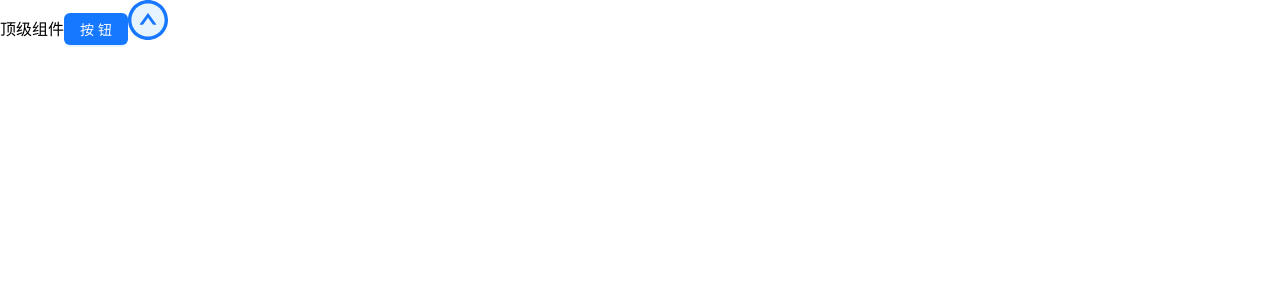
Repository: xzm1997/admin-management
Page: /
The author's editor kept a copy of each file at every save. The page is drawn from the files as they stood at one save, then again after a run of saves.
The browser window is 1280 px wide. The pictures show the whole page.
The project was rebuilt for these pictures with package versions that can differ from the ones it lists, and the page was loaded fresh each time. Also part of the build but not shown: vite.config.ts.

Above is the page before, as saved 2023-03-28 19:10:06.

### src/main.tsx
import React from 'react'
import ReactDOM from 'react-dom/client'
import "reset-css"    // 置于APP前，防止样式覆盖
import "@/assets/styles/global.scss"
import App from './App'

ReactDOM.createRoot(document.getElementById('root') as HTMLElement).render(
  <React.StrictMode>
    <App />
  </React.StrictMode>,
)

### src/assets/styles/global.scss
$color:#fff;
body {
  background-color: $color;
  // 禁用文字选中
  user-select: none;
}
img {
  -webkit-user-drag: none;
}

### src/App.tsx
import { useState } from 'react'
import Comp1 from './components/Comp1'
import { Button } from 'antd';
import { UpCircleTwoTone } from "@ant-design/icons"

function App() {
  const [count, setCount] = useState(0)

  return (
    <div className="App">
      顶级组件
      <Button type="primary">按钮</Button>
      <UpCircleTwoTone style={{ fontSize:'40px'}}/>
    </div>
  )
}

export default App

Loaded but not shown: index.html (common file)

After the next 2 saves:
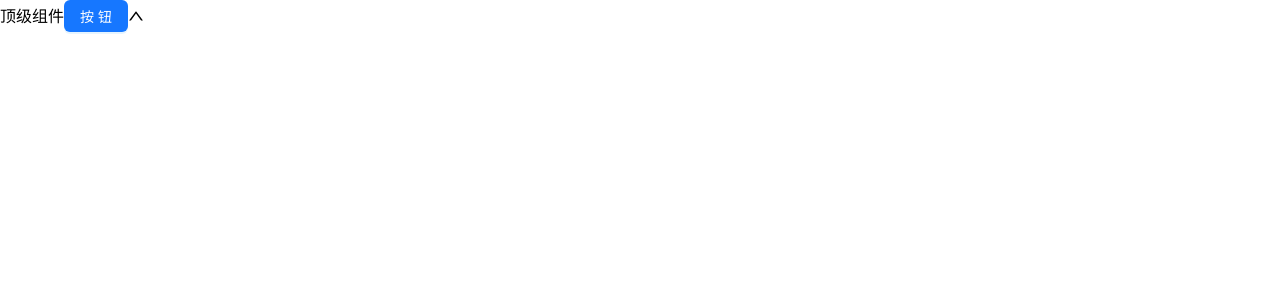
The 2 saves are shown as one change because 1 did not build or start.
The last was saved 92 s later.
--- a/src/App.tsx
+++ b/src/App.tsx
@@ -1,7 +1,7 @@
 import { useState } from 'react'
 import Comp1 from './components/Comp1'
 import { Button } from 'antd';
-import { UpCircleTwoTone } from "@ant-design/icons"
+import { UpOutlined } from "@ant-design/icons"
 
 function App() {
   const [count, setCount] = useState(0)
@@ -10,7 +10,7 @@ function App() {
     <div className="App">
       顶级组件
       <Button type="primary">按钮</Button>
-      <UpCircleTwoTone style={{ fontSize:'40px'}}/>
+      <UpOutlined />
     </div>
   )
 }
